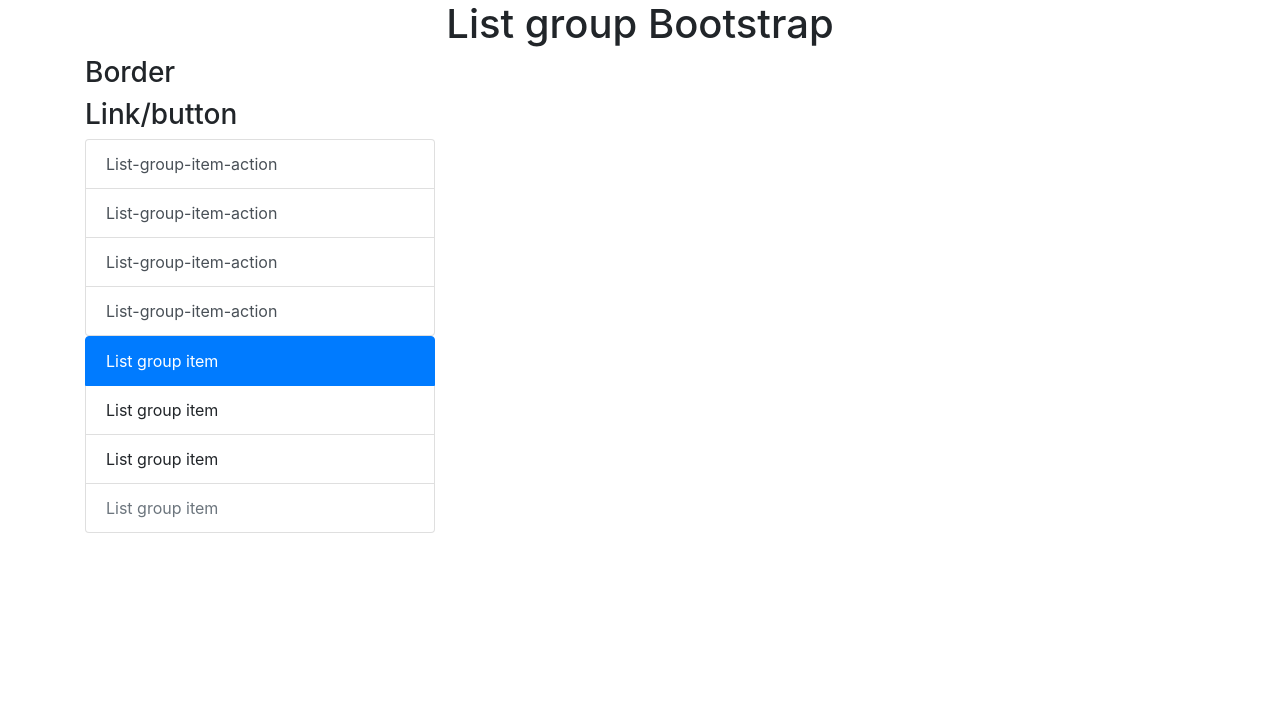
Repository: anhtu2110/front_end
Page: lesson/bootstrap/advance/5.20.list_group.html
An editor plug-in stored every save of this project. The page is shown before and after the next save, followed by the edit.
The browser window is 1280 px wide. The pictures show the whole page.

Above is the page before, as saved 2022-12-18 17:40:59.

After the next save:
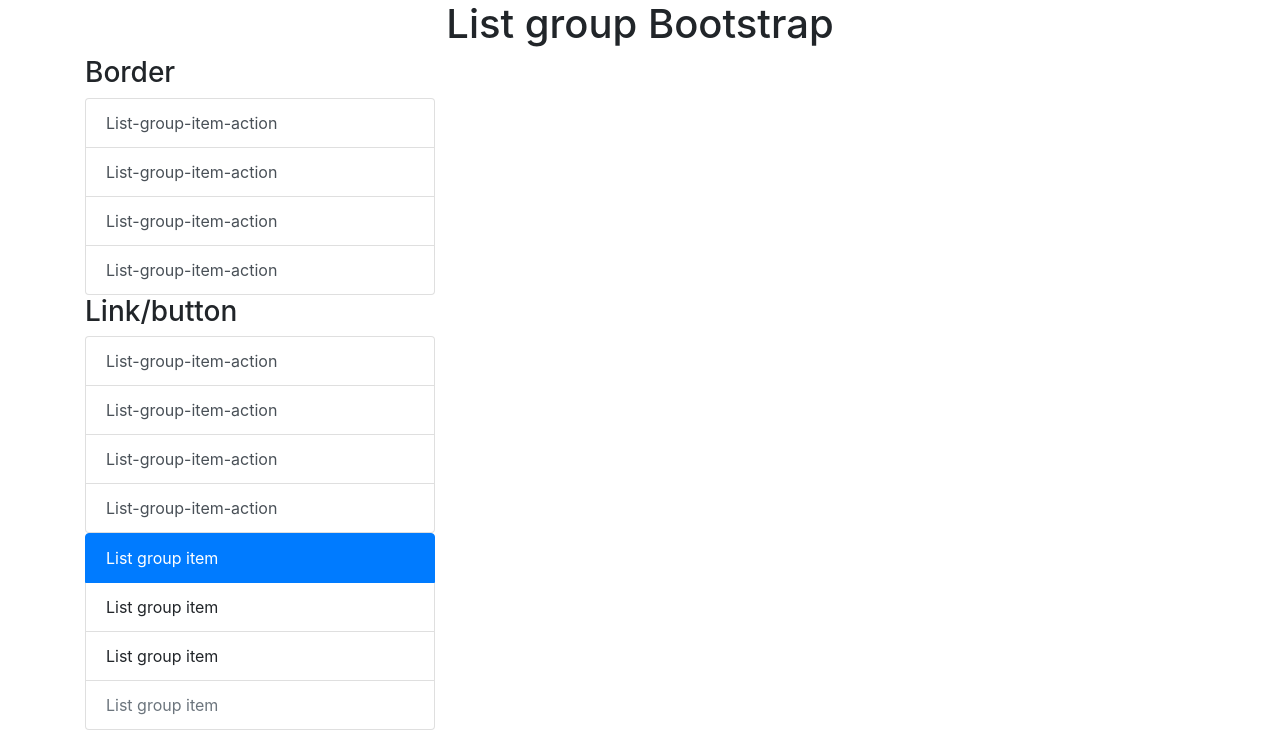
Saved 61 s later.
--- a/lesson/bootstrap/advance/5.20.list_group.html
+++ b/lesson/bootstrap/advance/5.20.list_group.html
@@ -17,7 +17,12 @@
                 <div class="row">
                     <div class="col-md-4">
                         <h3>Border</h3>
-
+                        <div class="list-group">
+                            <a href="" class="list-group-item list-group-item-action">List-group-item-action</a>
+                            <a href="" class="list-group-item list-group-item-action">List-group-item-action</a>
+                            <a href="" class="list-group-item list-group-item-action">List-group-item-action</a>
+                            <a href="" class="list-group-item list-group-item-action">List-group-item-action</a>
+                        </div>
                         <h3>Link/button</h3>
                         <div class="list-group">
                             <a href="" class="list-group-item list-group-item-action">List-group-item-action</a>
